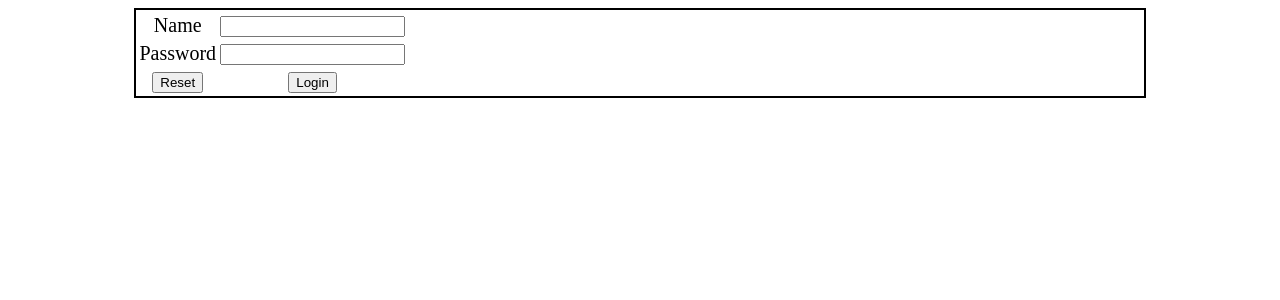
Repository: jks2127/SMS-webApp
Page: sms 1.2/WebContent/index.html
These files come from the project's save history. The page is drawn as it stood at one moment and after the next save; the edit follows.
The browser window is 1280 px wide. The pictures show the whole page.

Above is the page before, as saved 2021-06-11 12:04:18.

After the next save:
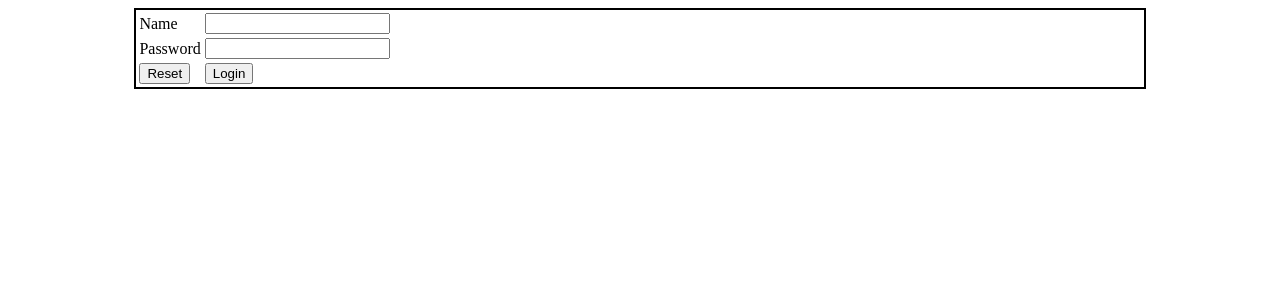
Saved 18 s later.
--- a/sms 1.2/WebContent/index.html
+++ b/sms 1.2/WebContent/index.html
@@ -9,11 +9,6 @@
 		margin-left:10%;
 		margin-right:10%;
 		border:2px solid black;
-		}
-
-		#body form{
-		font-size:20px;
-		text-align: center;
 		}
 	</style>
 </head>
